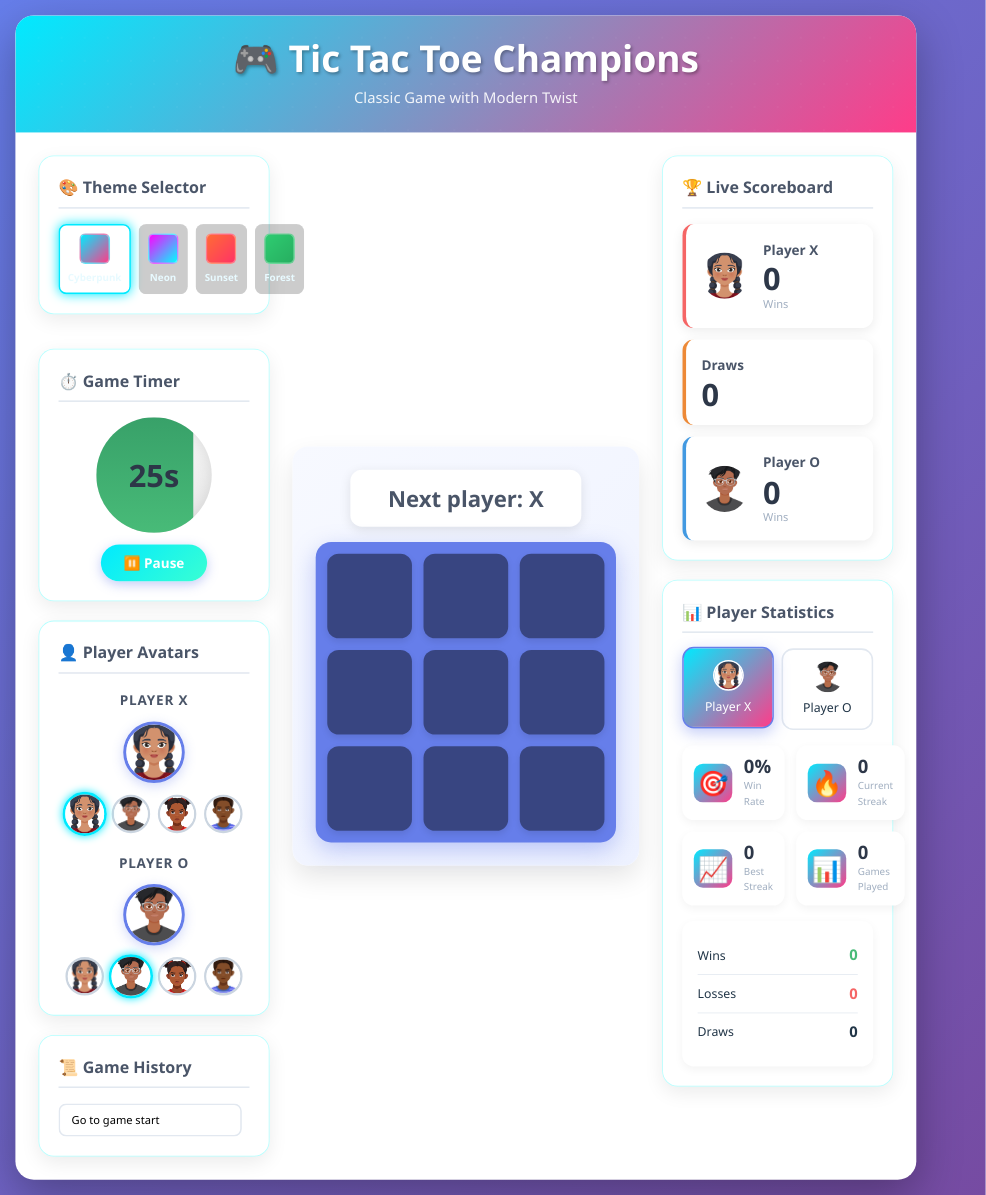
Repository: sofia123776/TIC-TAC-TOE
Page: /
An editor plug-in stored every save of this project. The page is shown before and after the next save, followed by the edit.
The browser window is 1280 px wide. The pictures show the whole page, at 77% of full size.
The project was rebuilt for these pictures with package versions that can differ from the ones it lists, and the page was loaded fresh each time. Also part of the build but not shown: vite.config.js.

Above is the page before, as saved 2025-12-01 17:26:27.

### src/App.jsx
import { useState, useEffect, useRef } from 'react'
import './App.css'

function Square({value, onSquareClick, highlight, avatars, theme}){
  return(
   <button
      className={`square ${highlight ? "highlight" : ""} ${theme}`}
      onClick={onSquareClick}
    >
      {value && (
        <img
          src={avatars[value]}
          alt={value}
          className="avatar-img"
        />
      )}
    </button>
  );
}

function Board({xIsNext, squares, onPlay, avatars, theme}) {
  function Handleclick(i){
    if ( Calculatewinner(squares) || squares[i]) {
      return;
    }
    ClickSound.play();
    const nextSquares = squares.slice()
    if (xIsNext){
      nextSquares[i] = "X"
    }else{
      nextSquares[i] = "O"
    }
    onPlay(nextSquares);
  }

  const winner = Calculatewinner(squares);
  const winningLine = Calculatewinner(squares, true);
  const ClickSound = new Audio("/sounds/click.mp3.wav");
  const WinSound = new Audio("/sounds/win.mp3.wav");

  let status;
  if (winner) {
    status = "Winner: " + winner;
    WinSound.play();
  } else {
    status = "Next player: " + (xIsNext ? "X" : "O");
  }

  return (
    <div className="board-container">
      <div className={`status ${winner ? "winner" : ""} ${theme}`}>{status}</div>
      <div className={`board-grid ${theme}`}>
        <Square value={squares[0]} onSquareClick={() =>Handleclick(0)} highlight={winningLine?.includes(0)} avatars={avatars} theme={theme}/>
        <Square value={squares[1]} onSquareClick={() =>Handleclick(1)} highlight={winningLine?.includes(1)} avatars={avatars} theme={theme}/>
        <Square value={squares[2]} onSquareClick={() =>Handleclick(2)} highlight={winningLine?.includes(2)} avatars={avatars} theme={theme}/>
        <Square value={squares[3]} onSquareClick={() =>Handleclick(3)} highlight={winningLine?.includes(3)} avatars={avatars} theme={theme}/>
        <Square value={squares[4]} onSquareClick={() =>Handleclick(4)} highlight={winningLine?.includes(4)} avatars={avatars} theme={theme}/>
        <Square value={squares[5]} onSquareClick={() =>Handleclick(5)} highlight={winningLine?.includes(5)} avatars={avatars} theme={theme}/>
        <Square value={squares[6]} onSquareClick={() =>Handleclick(6)} highlight={winningLine?.includes(6)} avatars={avatars} theme={theme}/>
        <Square value={squares[7]} onSquareClick={() =>Handleclick(7)} highlight={winningLine?.includes(7)} avatars={avatars} theme={theme}/>
        <Square value={squares[8]} onSquareClick={() =>Handleclick(8)} highlight={winningLine?.includes(8)} avatars={avatars} theme={theme}/>
      </div>
    </div>
  );
}

export default function Game(){
  const [history, setHistory] = useState([Array(9).fill(null)]);
  const [currentMove, setCurrentMove] = useState(0);
  const xIsNext = currentMove % 2 === 0;
  const currentSquares = history[currentMove];

  const [score, setScore] = useState({
    X: 0,
    O: 0,
    Draws: 0
  });

  const [winnerPopup, setWinnerPopup] = useState(null);
  const [avatars, setAvatars] = useState({
    X: "/avatars/braidedwoman.jpg",
    O: "/avatars/manwithglasses.jpg"
  });

  // ACTIVE TAB SELECTION
  const [activeStatsTab, setActiveStatsTab] = useState("X");

  // 🎨 THEME STATE
  const [theme, setTheme] = useState("cyberpunk"); // cyberpunk, neon, sunset, forest, ocean

  // 🟦 PLAYER STATISTICS STATE
  const [playerStats, setPlayerStats] = useState({
    X: {
      wins: 0,
      losses: 0,
      draws: 0,
      totalGames: 0,
      winRate: 0,
      longestWinStreak: 0,
      currentStreak: 0,
      totalMoves: 0,
      averageTimePerMove: 0
    },
    O: {
      wins: 0,
      losses: 0,
      draws: 0,
      totalGames: 0,
      winRate: 0,
      longestWinStreak: 0,
      currentStreak: 0,
      totalMoves: 0,
      averageTimePerMove: 0
    }
  });

  // 🟦 TIMER STATE
  const [timeLeft, setTimeLeft] = useState(30);
  const [isTimerActive, setIsTimerActive] = useState(true);
  const timerRef = useRef(null);
  const [totalGameTime, setTotalGameTime] = useState(0);
  const [moveStartTime, setMoveStartTime] = useState(Date.now());

  // 🟦 TRACK MOVE TIMES
  useEffect(() => {
    if (!winnerPopup && currentSquares.includes(null)) {
      setMoveStartTime(Date.now());
    }
  }, [currentMove, winnerPopup, currentSquares]);

  // 🟦 UPDATE PLAYER STATISTICS WHEN GAME ENDS
  useEffect(() => {
    if (winnerPopup) {
      const winner = winnerPopup;
      const loser = winnerPopup === "X" ? "O" : "X";
      const moveTime = Date.now() - moveStartTime;

      setPlayerStats(prev => {
        const newXStats = { ...prev.X };
        const newOStats = { ...prev.O };

        if (winner === "X") {
          // X wins, O loses
          newXStats.wins += 1;
          newXStats.totalGames += 1;
          newXStats.currentStreak += 1;
          newXStats.longestWinStreak = Math.max(newXStats.longestWinStreak, newXStats.currentStreak);
          newXStats.totalMoves += currentMove + 1;
          newXStats.winRate = ((newXStats.wins / newXStats.totalGames) * 100).toFixed(1);

          newOStats.losses += 1;
          newOStats.totalGames += 1;
          newOStats.currentStreak = 0;
          newOStats.winRate = ((newOStats.wins / newOStats.totalGames) * 100).toFixed(1);
        } else {
          // O wins, X loses
          newOStats.wins += 1;
          newOStats.totalGames += 1;
          newOStats.currentStreak += 1;
          newOStats.longestWinStreak = Math.max(newOStats.longestWinStreak, newOStats.currentStreak);
          newOStats.totalMoves += currentMove + 1;
          newOStats.winRate = ((newOStats.wins / newOStats.totalGames) * 100).toFixed(1);

          newXStats.losses += 1;
          newXStats.totalGames += 1;
          newXStats.currentStreak = 0;
          newXStats.winRate = ((newXStats.wins / newXStats.totalGames) * 100).toFixed(1);
        }

        return {
          X: newXStats,
          O: newOStats
        };
      });
    } else if (winnerPopup === null && !currentSquares.includes(null)) {
      // Draw game
      const moveTime = Date.now() - moveStartTime;

      setPlayerStats(prev => {
        const newXStats = { ...prev.X };
        const newOStats = { ...prev.O };

        newXStats.draws += 1;
        newXStats.totalGames += 1;
        newXStats.currentStreak = 0;
        newXStats.totalMoves += currentMove + 1;
        newXStats.winRate = ((newXStats.wins / newXStats.totalGames) * 100).toFixed(1);

        newOStats.draws += 1;
        newOStats.totalGames += 1;
        newOStats.currentStreak = 0;
        newOStats.totalMoves += currentMove + 1;
        newOStats.winRate = ((newOStats.wins / newOStats.totalGames) * 100).toFixed(1);

        return {
          X: newXStats,
          O: newOStats
        };
      });
    }
  }, [winnerPopup, currentMove, moveStartTime, currentSquares]);

  // 🟦 TIMER EFFECT
  useEffect(() => {
    if (!isTimerActive || Calculatewinner(currentSquares) || !currentSquares.includes(null)) {
      return;
    }

    // Clear any existing timer
    if (timerRef.current) {
      clearInterval(timerRef.current);
    }

    // Set new timer
    timerRef.current = setInterval(() => {
      setTimeLeft(prevTime => {
        if (prevTime <= 1) {
          clearInterval(timerRef.current);

          // Auto-make a move when time runs out
          const emptySquares = currentSquares
            .map((square, index) => square === null ? index : null)
            .filter(val => val !== null);

          if (emptySquares.length > 0) {
            const randomIndex = Math.floor(Math.random() * emptySquares.length);
            const randomMove = emptySquares[randomIndex];

            const nextSquares = currentSquares.slice();
            nextSquares[randomMove] = xIsNext ? "X" : "O";

            // Use a small delay to avoid state issues
            setTimeout(() => {
              handlePlay(nextSquares);
            }, 100);
          }

          return 30; // Reset timer
        }
        return prevTime - 1;
      });
    }, 1000);

    // Cleanup function
    return () => {
      if (timerRef.current) {
        clearInterval(timerRef.current);
      }
    };
  }, [currentSquares, isTimerActive, xIsNext]);

  // 🟦 Reset timer when move changes
  useEffect(() => {
    setTimeLeft(30);
  }, [currentMove]);

  function handlePlay(nextSquares) {
    if (Calculatewinner(currentSquares)) {
      setIsTimerActive(false);
      return;
    }

    const nextHistory = [
      ...history.slice(0, currentMove + 1),
      nextSquares,
    ];

    setHistory(nextHistory);
    setCurrentMove(nextHistory.length - 1);

    const winner = Calculatewinner(nextSquares);
    if (winner) {
      setWinnerPopup(winner);
      setIsTimerActive(false);
      setScore(prev => ({
        ...prev,
        [winner]: prev[winner] + 1
      }));
    } else if (!nextSquares.includes(null)) {
      setScore(prev => ({
        ...prev,
        Draws: prev.Draws + 1
      }));
      setIsTimerActive(false);
    }
  }

  function jumpTo(nextMove) {
    setCurrentMove(nextMove);
    setTimeLeft(30);
    setIsTimerActive(true);
  }

  // 🟦 RESTART FUNCTION - Reset timer too
  const handleRestart = () => {
    setHistory([Array(9).fill(null)]);
    setCurrentMove(0);
    setWinnerPopup(null);
    setTimeLeft(30);
    setIsTimerActive(true);

    if (timerRef.current) {
      clearInterval(timerRef.current);
    }
  };

  // Time travel move list
  const moves = history.map((squares, move) => {
    let description = move > 0 ? "Go to move #" + move : "Go to game start";
    return (
      <li key={move}>
        <button className={theme} onClick={() => jumpTo(move)}>{description}</button>
      </li>
    );
  });

  return (
    <div className={`game-container ${theme}`}>
      <header className={`game-header ${theme}`}>
        <h1 className="game-title">🎮 Tic Tac Toe Champions</h1>
        <div className="header-subtitle">Classic Game with Modern Twist</div>
      </header>

      <div className="game-content">
        {/* LEFT SIDEBAR - Game Controls & Info */}
        <div className="sidebar left-sidebar">
          {/* Theme Selector */}
          <div className="control-section theme-section">
            <h3 className="section-title">🎨 Theme Selector</h3>
            <div className="theme-selector">
              <div className="theme-options">
                <div
                  className={`theme-option ${theme === "cyberpunk" ? "active" : ""}`}
                  onClick={() => setTheme("cyberpunk")}
                  data-theme="cyberpunk"
                >
                  <div className="theme-preview cyberpunk"></div>
                  <span>Cyberpunk</span>
                </div>
                <div
                  className={`theme-option ${theme === "neon" ? "active" : ""}`}
                  onClick={() => setTheme("neon")}
                  data-theme="neon"
                >
                  <div className="theme-preview neon"></div>
                  <span>Neon</span>
                </div>
                <div
                  className={`theme-option ${theme === "sunset" ? "active" : ""}`}
                  onClick={() => setTheme("sunset")}
                  data-theme="sunset"
                >
                  <div className="theme-preview sunset"></div>
                  <span>Sunset</span>
                </div>
                <div
                  className={`theme-option ${theme === "forest" ? "active" : ""}`}
                  onClick={() => setTheme("forest")}
                  data-theme="forest"
                >
                  <div className="theme-preview forest"></div>
                  <span>Forest</span>
                </div>
                {/*<div
                  className={`theme-option ${theme === "ocean" ? "active" : ""}`}
                  onClick={() => setTheme("ocean")}
                  data-theme="ocean"
                >
                  <div className="theme-preview ocean"></div>
                  <span>Ocean</span>
                </div>*/}
              </div>
            </div>
          </div>

          {/* Timer Section */}
          <div className={`control-section timer-section ${theme}`}>
            <h3 className="section-title">⏱️ Game Timer</h3>
            <div className="timer-display">
              <div className={`timer-circle ${timeLeft <= 10 ? 'warning' : ''} ${theme}`}>
                <span className="timer-value">{timeLeft}s</span>
                <div className="timer-progress" style={{ width: `${(timeLeft/30)*100}%` }}></div>
              </div>
              <button
                className={`timer-btn ${theme}`}
                onClick={() => setIsTimerActive(!isTimerActive)}
              >
                {isTimerActive ? "⏸️ Pause" : "▶️ Resume"}
              </button>
            </div>
          </div>

          {/* Avatar Selection */}
          <div className={`control-section avatar-section ${theme}`}>
            <h3 className="section-title">👤 Player Avatars</h3>
            <div className="avatar-selection-grid">
              <AvatarSelector
                player="X"
                currentAvatar={avatars.X}
                onAvatarChange={(avatar) => setAvatars(prev => ({...prev, X: avatar}))}
                theme={theme}
              />
              <AvatarSelector
                player="O"
                currentAvatar={avatars.O}
                onAvatarChange={(avatar) => setAvatars(prev => ({...prev, O: avatar}))}
                theme={theme}
              />
            </div>
          </div>

          {/* Game History */}
          <div className={`control-section history-section ${theme}`}>
            <h3 className="section-title">📜 Game History</h3>
            <div className="history-list">
              <ol>{moves}</ol>
            </div>
          </div>
        </div>

        {/* MAIN GAME BOARD */}
        <div className="main-game-area">
          <div className="game-board-wrapper">
            <div className={`game-board ${Calculatewinner(currentSquares) ? "winner" : ""} ${theme}`}>
              <Board
                xIsNext={xIsNext}
                squares={currentSquares}
                onPlay={handlePlay}
                avatars={avatars}
                theme={theme}
              />
            </div>
          </div>
        </div>

        {/* RIGHT SIDEBAR - Stats & Score */}
        <div className="sidebar right-sidebar">
          {/* Scoreboard */}
          <div className={`control-section scoreboard-section ${theme}`}>
            <h3 className="section-title">🏆 Live Scoreboard</h3>
            <div className="scoreboard-cards">
              <div className={`score-card player-x-score ${theme}`}>
                <div className="score-avatar">
                  <img src={avatars.X} alt="Player X" />
                </div>
                <div className="score-info">
                  <h4>Player X</h4>
                  <div className="score-value">{score.X}</div>
                  <div className="score-label">Wins</div>
                </div>
              </div>

              <div className={`score-card draws-score ${theme}`}>
                <div className="score-info">
                  <h4>Draws</h4>
                  <div className="score-value">{score.Draws}</div>
                </div>
              </div>

              <div className={`score-card player-o-score ${theme}`}>
                <div className="score-avatar">
                  <img src={avatars.O} alt="Player O" />
                </div>
                <div className="score-info">
                  <h4>Player O</h4>
                  <div className="score-value">{score.O}</div>
                  <div className="score-label">Wins</div>
                </div>
              </div>
            </div>
          </div>

          {/* Player Statistics */}
          <div className={`control-section stats-section ${theme}`}>
            <h3 className="section-title">📊 Player Statistics</h3>

            {/* Tab Selection */}
            <div className="player-tabs">
              <div
                className={`player-tab ${activeStatsTab === "X" ? "active" : ""} ${theme}`}
                onClick={() => setActiveStatsTab("X")}
                data-player="X"
              >
                <img src={avatars.X} alt="Player X" className="tab-avatar" />
                <span>Player X</span>
              </div>
              <div
                className={`player-tab ${activeStatsTab === "O" ? "active" : ""} ${theme}`}
                onClick={() => setActiveStatsTab("O")}
                data-player="O"
              >
                <img src={avatars.O} alt="Player O" className="tab-avatar" />
                <span>Player O</span>
              </div>
            </div>

            {/* X Player Stats */}
            <div className={`player-stats ${activeStatsTab === "X" ? "active" : ""} ${theme}`} id="stats-X">
              <div className="stats-grid">
                <div className={`stat-box ${theme}`}>
                  <div className={`stat-icon ${theme}`}>🎯</div>
                  <div className="stat-content">
                    <div className="stat-value">{playerStats.X.winRate}%</div>
                    <div className="stat-label">Win Rate</div>
                  </div>
                </div>
                <div className={`stat-box ${theme}`}>
                  <div className={`stat-icon ${theme}`}>🔥</div>
                  <div className="stat-content">
                    <div className="stat-value">{playerStats.X.currentStreak}</div>
                    <div className="stat-label">Current Streak</div>
                  </div>
                </div>
                <div className={`stat-box ${theme}`}>
                  <div className={`stat-icon ${theme}`}>📈</div>
                  <div className="stat-content">
                    <div className="stat-value">{playerStats.X.longestWinStreak}</div>
                    <div className="stat-label">Best Streak</div>
                  </div>
                </div>
                <div className={`stat-box ${theme}`}>
                  <div className={`stat-icon ${theme}`}>📊</div>
                  <div className="stat-content">
                    <div className="stat-value">{playerStats.X.totalGames}</div>
                    <div className="stat-label">Games Played</div>
                  </div>
                </div>
              </div>

              <div className={`detailed-stats ${theme}`}>
                <div className="detailed-stat">
                  <span>Wins</span>
                  <span className="stat-number win">{playerStats.X.wins}</span>
                </div>
                <div className="detailed-stat">
                  <span>Losses</span>
                  <span className="stat-number loss">{playerStats.X.losses}</span>
                </div>
                <div className="detailed-stat">
                  <span>Draws</span>
                  <span className="stat-number">{playerStats.X.draws}</span>
                </div>
              </div>
            </div>

            {/* O Player Stats */}
            <div className={`player-stats ${activeStatsTab === "O" ? "active" : ""} ${theme}`} id="stats-O">
              <div className="stats-grid">
                <div className={`stat-box ${theme}`}>
                  <div className={`stat-icon ${theme}`}>🎯</div>
                  <div className="stat-content">
                    <div className="stat-value">{playerStats.O.winRate}%</div>
                    <div className="stat-label">Win Rate</div>
                  </div>
                </div>
                <div className={`stat-box ${theme}`}>
                  <div className={`stat-icon ${theme}`}>🔥</div>
                  <div className="stat-content">
                    <div className="stat-value">{playerStats.O.currentStreak}</div>
                    <div className="stat-label">Current Streak</div>
                  </div>
                </div>
                <div className={`stat-box ${theme}`}>
                  <div className={`stat-icon ${theme}`}>📈</div>
                  <div className="stat-content">
                    <div className="stat-value">{playerStats.O.longestWinStreak}</div>
                    <div className="stat-label">Best Streak</div>
                  </div>
                </div>
                <div className={`stat-box ${theme}`}>
                  <div className={`stat-icon ${theme}`}>📊</div>
                  <div className="stat-content">
                    <div className="stat-value">{playerStats.O.totalGames}</div>
                    <div className="stat-label">Games Played</div>
                  </div>
                </div>
              </div>

              <div className={`detailed-stats ${theme}`}>
                <div className="detailed-stat">
                  <span>Wins</span>
                  <span className="stat-number win">{playerStats.O.wins}</span>
                </div>
                <div className="detailed-stat">
                  <span>Losses</span>
                  <span className="stat-number loss">{playerStats.O.losses}</span>
                </div>
                <div className="detailed-stat">
                  <span>Draws</span>
                  <span className="stat-number">{playerStats.O.draws}</span>
                </div>
              </div>
            </div>
          </div>
        </div>
      </div>

      {/* Game Over Popup */}
      <GameOverPopup
        winner={winnerPopup}
        onRestart={handleRestart}
        theme={theme}
      />
    </div>
  );
}

function GameOverPopup({ winner, onRestart, theme }) {
  if (!winner) return null;

  return (
    <div className="game-over-overlay">
      <div className={`game-over-box ${theme}`}>
        <div className="celebration">🎉</div>
        <h2>{winner === "Draw" ? "It's a Draw!" : `${winner} Wins!`}</h2>
        <p className="popup-message">Great game! Ready for another round?</p>
        <button className={`restart-btn ${theme}`} onClick={onRestart}>🎮 Play Again</button>
      </div>
    </div>
  );
}

function Calculatewinner(squares, returnLine = false){
  const lines = [
    [0, 1, 2],
    [3, 4, 5],
    [6, 7, 8],
    [0, 3, 6],
    [1, 4, 7],
    [2, 5, 8],
    [0, 4, 8],
    [2, 4, 6],
  ];

  for (let line of lines) {
    const [a,b,c] = line;
    if (squares[a] && squares[a] === squares[b] && squares[a] === squares[c]) {
      return returnLine ? line : squares[a];
    }
  }
  return returnLine ? null : null;
}

function AvatarSelector({ player, currentAvatar, onAvatarChange, theme }) {
  const presetAvatars = [
    "/avatars/braidedwoman.jpg",
    "/avatars/manwithglasses.jpg",
    "/avatars/child.jpg",
    "/avatars/youngdark.jpg"
  ];

  return (
    <div className={`avatar-selector-compact ${theme}`}>
      <div className="player-label">Player {player}</div>
      <div className="current-avatar">
        <img src={currentAvatar} alt={`Current ${player}`} />
      </div>
      <div className="avatar-options-compact">
        {presetAvatars.map((avatar, index) => (
          <div
            key={index}
            className={`avatar-option-compact ${currentAvatar === avatar ? 'selected' : ''} ${theme}`}
            onClick={() => onAvatarChange(avatar)}
          >
            <img src={avatar} alt={`Avatar ${index + 1}`} />
          </div>
        ))}
      </div>
    </div>
  );
}

Loaded but not shown: index.html (common file); src/main.jsx (common file); src/App.css (1058 lines, source omitted); src/index.css (68 lines, source omitted)

After the next save:
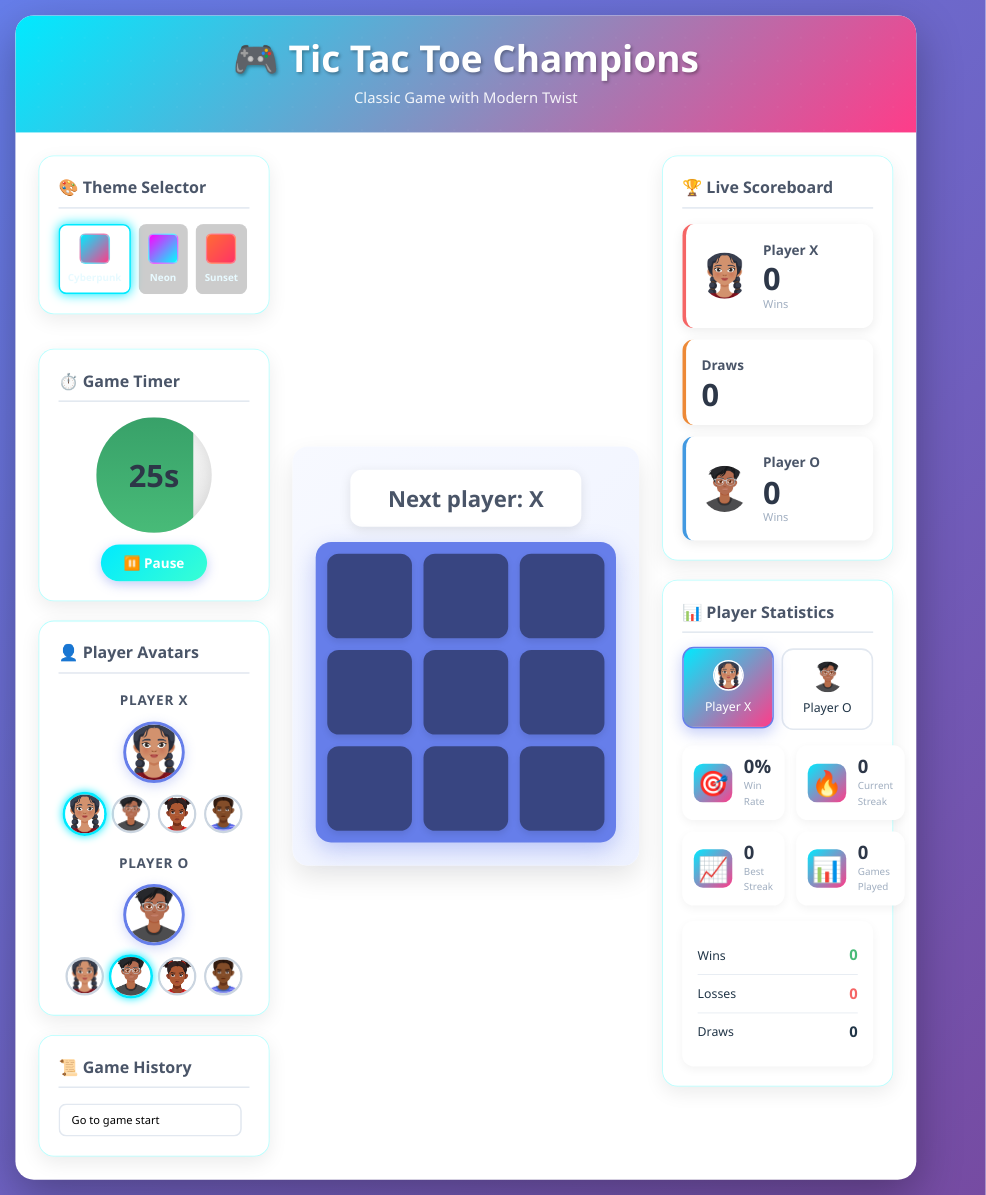
Saved 26 s later.
--- a/src/App.jsx
+++ b/src/App.jsx
@@ -353,7 +353,7 @@ export default function Game(){
                   <div className="theme-preview sunset"></div>
                   <span>Sunset</span>
                 </div>
-                <div
+                {/*<div
                   className={`theme-option ${theme === "forest" ? "active" : ""}`}
                   onClick={() => setTheme("forest")}
                   data-theme="forest"
